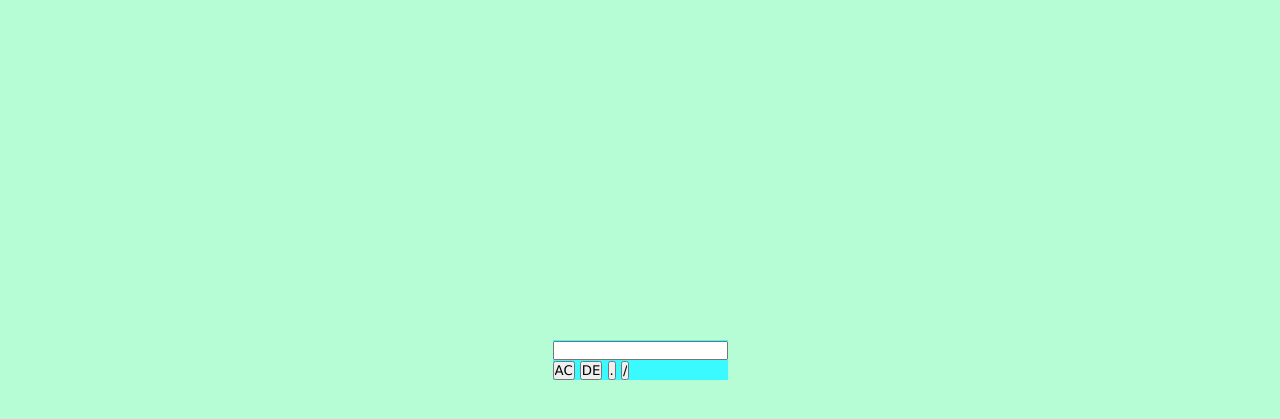
Repository: sirsky89/Simple-Calculator
Page: index.html
The author's editor kept a copy of each file at every save. The page is drawn from the files as they stood at one save, then again after the next save.
The browser window is 1280 px wide. The pictures show the whole page.

Above is the page before, as saved 2023-01-14 09:36:24.

### index.html
<!DOCTYPE html>
<html lang="en">
  <head>
    <meta charset="UTF-8" />
    <meta http-equiv="X-UA-Compatible" content="IE=edge" />
    <meta name="viewport" content="width=device-width, initial-scale=1.0" />
    <title>Android Calculator</title>
    <link rel="stylesheet" href="style.css" />
  </head>
  <body>
    <section>
      <div class="container">
        <div class="calculator">
          <form>
            <div>
              <input type="text" name="display" />
            </div>
            <div>
              <input type="button" value="AC" />
              <input type="button" value="DE" />
              <input type="button" value="." />
              <input type="button" value="/" />
            </div>
          </form>
        </div>
      </div>
    </section>
  </body>
</html>

### style.css
* {
  margin: 0;
  padding: 0;
  box-sizing: border-box;
  font-family: Verdana, Geneva, Tahoma, sans-serif;
}

.container {
  width: 100%;
  height: 100vh;
  background-color: #b6fcd5;
  display: flex;
  align-items: center;
  justify-content: center;
}

.calculator {
  background: #3af9ff;
}

After the next save:
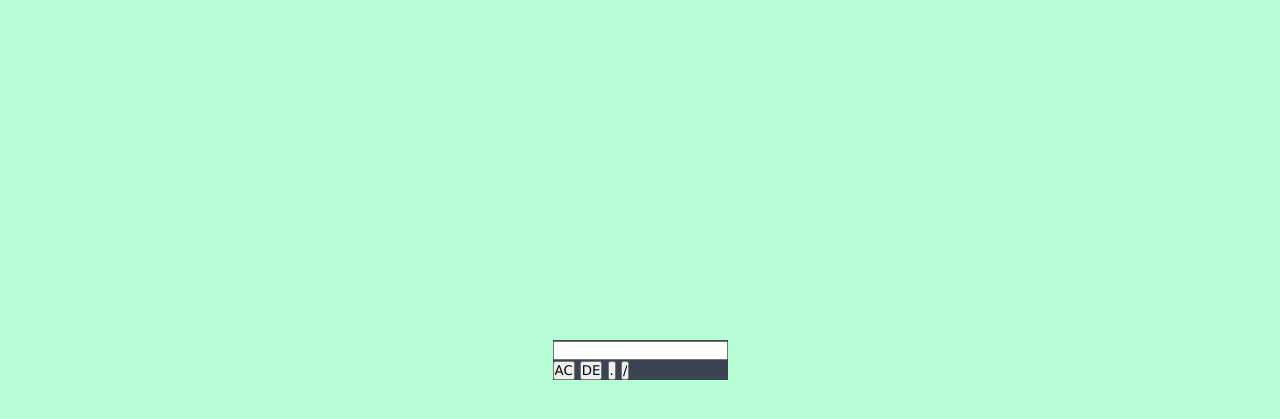
Saved 15 s later.
--- a/style.css
+++ b/style.css
@@ -15,5 +15,5 @@
 }
 
 .calculator {
-  background: #3af9ff;
+  background: #3a4452;
 }
